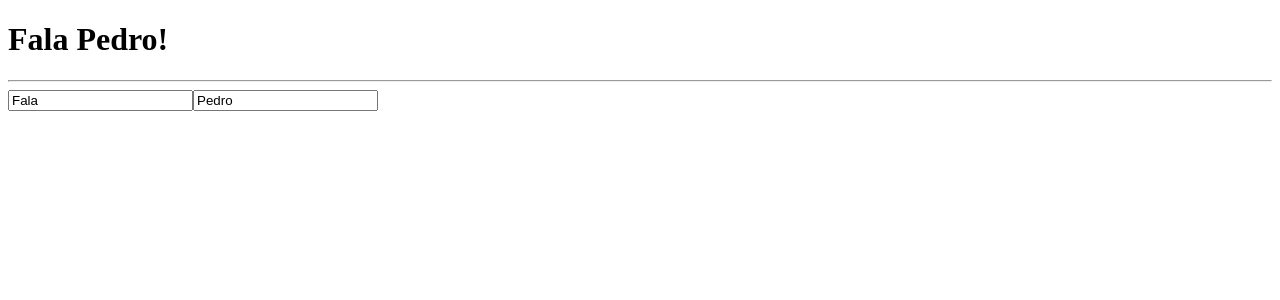
Repository: eversonps/react-fundamentos
Page: / (app in v2/exercicios/)
The author's editor kept a copy of each file at every save. The page is drawn from the files as they stood at one save, then again after the next save.
The browser window is 1280 px wide. The pictures show the whole page.
The project was rebuilt for these pictures with package versions that can differ from the ones it lists, and the page was loaded fresh each time.

Above is the page before, as saved 2022-03-21 15:39:07.

### v2/exercicios/src/index.js
import React from "react";
import ReactDOM from "react-dom";

import Saudacao from "./componentes/Saudacao"

ReactDOM.render(
    <div>
        <Saudacao tipo="Bom dia" nome="João"/>
    </div>,
    document.getElementById("root")
)

### v2/exercicios/src/componentes/Saudacao.jsx
import React, {Component} from "react";

export default class Saudacao extends Component {
    state = {
        tipo: "Fala",
        nome: "Pedro"
    }

    setTipo(e){
        this.setState(...state, {tipo: e.target.value})
    }

    setNome(e){
        this.setState(...state, {nome: e.target.value})
    }

    render(){
        const { tipo, nome } = this.state
        return (
            <div>
                <h1>{tipo} {nome}!</h1>
                <hr />
                <input type="text" placeholder="Tipo..." value={tipo} onChange={e => this.setTipo(e)}/>
                <input type="text" placeholder="Nome..." value={nome} onChange={e => this.setNome(e)}/>
            </div>
        )
    }
}

Loaded but not shown: v2/exercicios/public/index.html (common file)

After the next save:
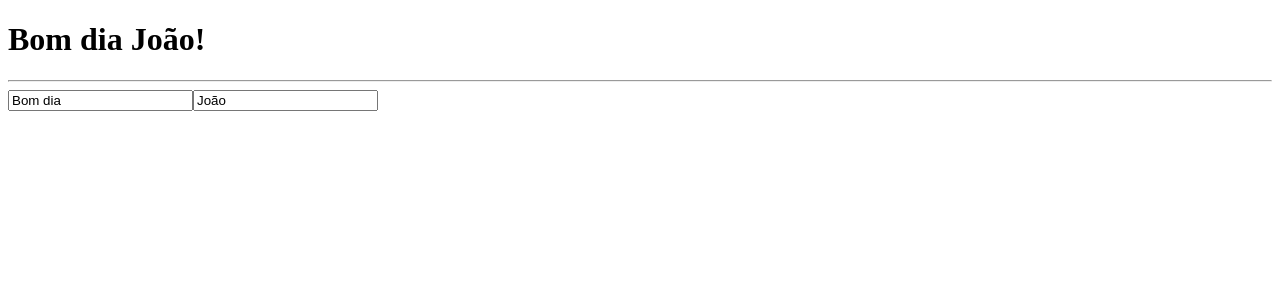
Saved 46 s later.
--- a/v2/exercicios/src/componentes/Saudacao.jsx
+++ b/v2/exercicios/src/componentes/Saudacao.jsx
@@ -2,8 +2,8 @@ import React, {Component} from "react";
 
 export default class Saudacao extends Component {
     state = {
-        tipo: "Fala",
-        nome: "Pedro"
+        tipo: this.props.tipo,
+        nome: this.props.nome
     }
 
     setTipo(e){
